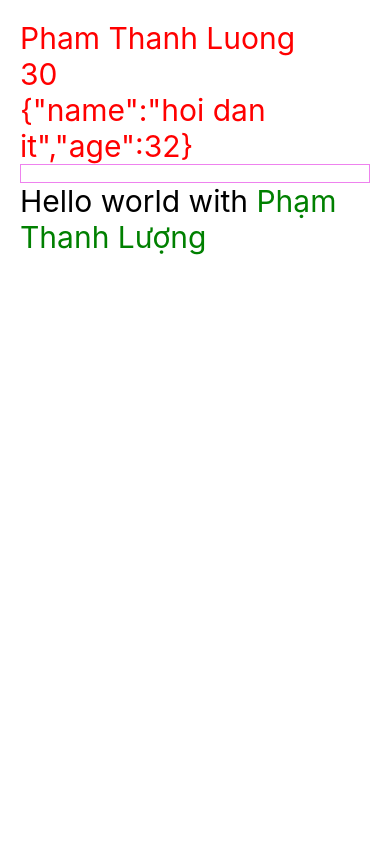
Repository: LuongPTCE181311/React-Native-Ultimate
Screen: /
An editor plug-in stored every save of this project. The screen is shown before and after a run of saves, followed by the edit.
The app was drawn by React Native's web renderer in a window 390 px wide. The project was rebuilt for these pictures with package versions that can differ from the ones it lists, and the page was loaded fresh each time. Some packages were replaced by stand-ins written for this rebuild.

Above is the screen before, as saved 2026-05-30 15:25:43.

After the next 3 saves:
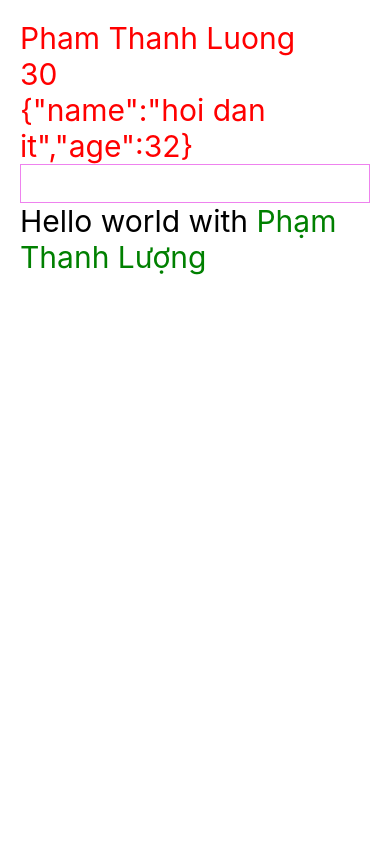
The 3 saves are shown as one change because they came seconds apart.
The last was saved 26 s later.
--- a/App.tsx
+++ b/App.tsx
@@ -51,6 +51,7 @@ const styles = StyleSheet.create({
   },
   borderInput: {
     borderColor: "violet",
-    borderWidth: 1
+    borderWidth: 1,
+    padding: 10
   }
 });
